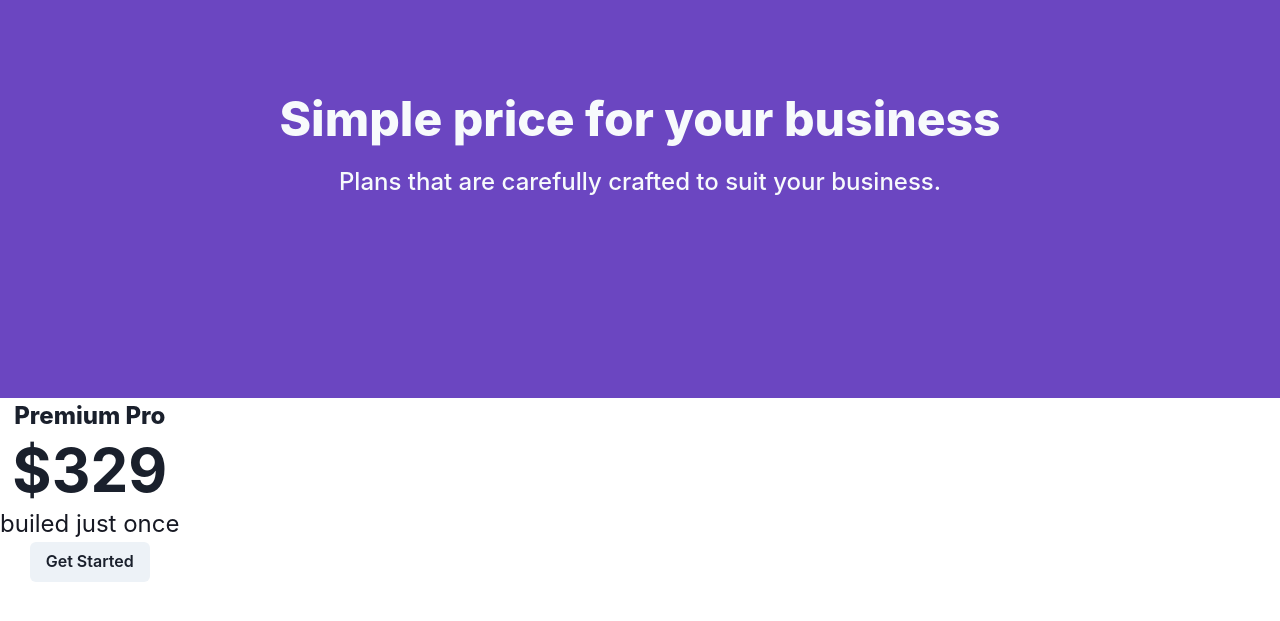
Repository: noutijo/learn-in-depth-chakra-ui
Page: /
These files come from the project's save history. The page is drawn as it stood at one moment and after a run of saves; the edit follows.
The browser window is 1280 px wide. The pictures show the whole page.
The project was rebuilt for these pictures with package versions that can differ from the ones it lists, and the page was loaded fresh each time. Also part of the build but not shown: vite.config.ts.

Above is the page before, as saved 2023-01-30 15:37:09.

### src/main.tsx
import React from 'react'
import ReactDOM from 'react-dom/client'
import App from './App'
import { ChakraProvider } from "@chakra-ui/react"

ReactDOM.createRoot(document.getElementById('root') as HTMLElement).render(
  <ChakraProvider>
  <React.StrictMode>
    <App />
  </React.StrictMode>
  </ChakraProvider>,
)

### src/App.tsx
//import './App.css'
import "./App.css";
import { Box, Flex, Stack, VStack, HStack } from "@chakra-ui/react";
import { Header  } from "./components/Header";
import { Pricing } from "./components/Pricing";

export default function App() {
  return (
    <div className="App">
      <Box>
        <Header />
        <Pricing />
      </Box>
    </div>
  );
}

### src/App.css
#root {
  max-width: 1280px;
  margin: 0 auto;
  text-align: center;
}

.logo {
  height: 6em;
  padding: 1.5em;
  will-change: filter;
}
.logo:hover {
  filter: drop-shadow(0 0 2em #646cffaa);
}
.logo.react:hover {
  filter: drop-shadow(0 0 2em #61dafbaa);
}

@keyframes logo-spin {
  from {
    transform: rotate(0deg);
  }
  to {
    transform: rotate(360deg);
  }
}

@media (prefers-reduced-motion: no-preference) {
  a:nth-of-type(2) .logo {
    animation: logo-spin infinite 20s linear;
  }
}

.card {
  padding: 2em;
}

.read-the-docs {
  color: #888;
}

### src/components/Header.tsx
//import './App.css'
import { Box, Heading, Text, Flex } from "@chakra-ui/react";

export function Header() {
  return (
    <Box as="section" color="#F7FAFC" bg="#6b46c1" pt="90px" pb="198px" px="32px">
      <Heading fontWeight={800} fontSize={"48px"}>
        Simple price for your business
      </Heading>
      <Text fontWeight={500} fontSize={"24px"} mt="16px">
        Plans that are carefully crafted to suit your business.
      </Text>
    </Box>
  );
}

### src/components/Pricing.tsx
//import './App.css'
import { Box, Heading, Text, Flex, Button } from "@chakra-ui/react";

export function Pricing() {
  return (
    <Box>
      <Flex>
        <Box>
            <Text fontSize="24px" fontWeight="800">Premium Pro</Text>
            <Heading as="h3" fontSize="60px">$329</Heading>
            <Text fontSize="24px" color="#171923">builed just once</Text>
            <Button>Get Started</Button>
        </Box>
        <Box></Box>
      </Flex>
    </Box>
  );
}

Loaded but not shown: index.html (common file)

After the next 2 saves:
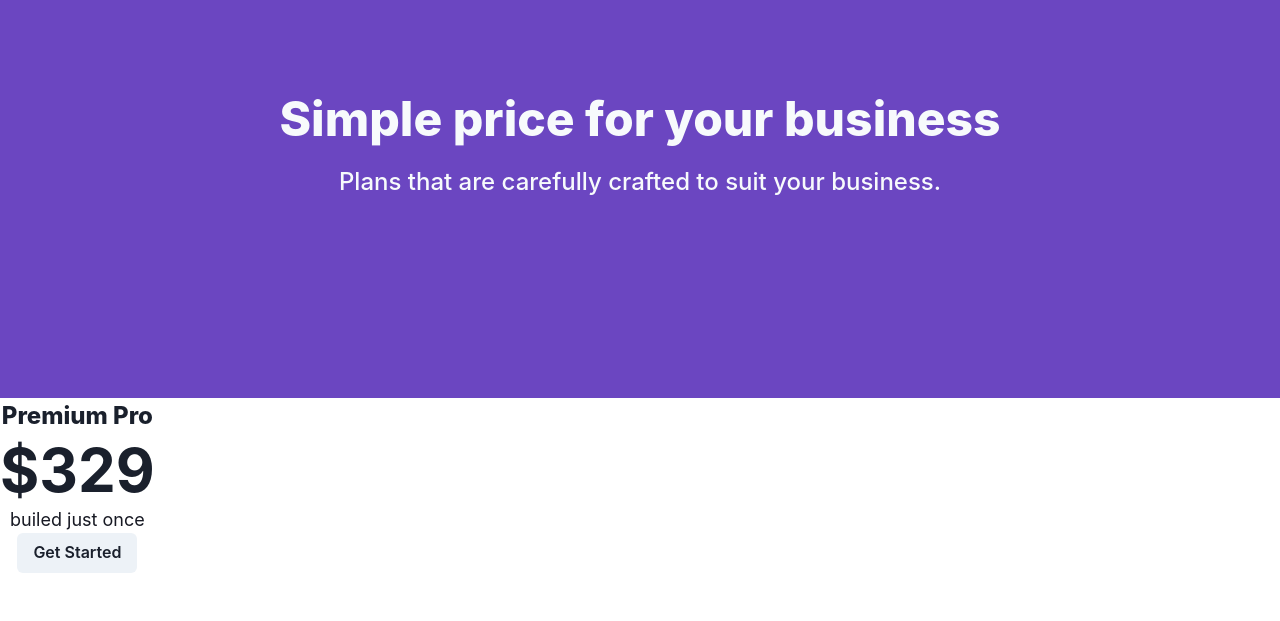
The 2 saves are shown as one change because they came seconds apart.
The last was saved 18 s later.
--- a/src/components/Pricing.tsx
+++ b/src/components/Pricing.tsx
@@ -8,7 +8,7 @@ export function Pricing() {
         <Box>
             <Text fontSize="24px" fontWeight="800">Premium Pro</Text>
             <Heading as="h3" fontSize="60px">$329</Heading>
-            <Text fontSize="24px" color="#171923">builed just once</Text>
+            <Text fontSize="18px" color="#171923">builed just once</Text>
             <Button>Get Started</Button>
         </Box>
         <Box></Box>
